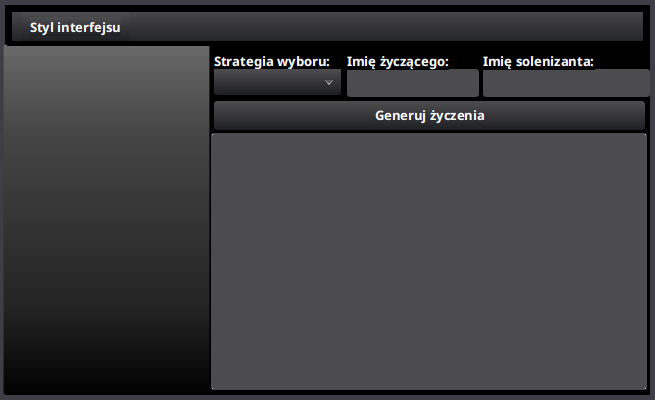
Repository: gruszkamateusz/mgruszka249448_JAVA
Program's window: java lab13/LB13/LB13/src/application/Main.java
The author's editor kept a copy of each file at every save. The program's window is drawn from the files as they stood at one save, then again after the next save.
It runs on Java 21 on a 1366 x 768 screen with JavaFX 11; the title bar is not drawn.

Above is the program's window before, as saved 2021-06-22 08:24:21.

After the next save:
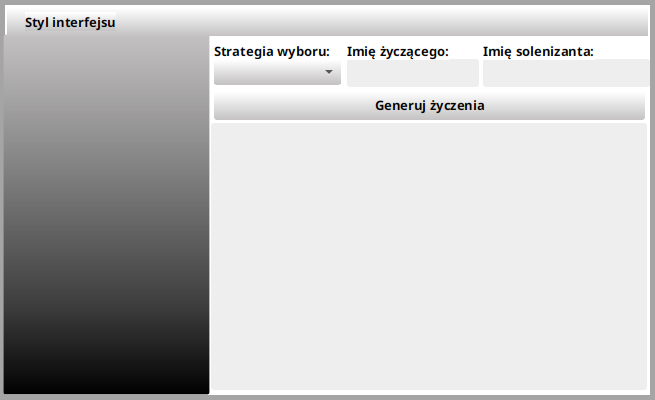
Saved 14 s later.
--- a/lab13/LB13/LB13/src/application/Main.java
+++ b/lab13/LB13/LB13/src/application/Main.java
@@ -12,7 +12,7 @@
 		try {
 			Pane root = (Pane) FXMLLoader.load(getClass().getResource("window.fxml"));
 			Scene scene = new Scene(root);
-			scene.getStylesheets().add(Main.class.getResource("application_dark.css").toString());
+			scene.getStylesheets().add(Main.class.getResource("application.css").toString());
 			primaryStage.setScene(scene);
 			primaryStage.show();
 		} catch (Exception e) {

After the save that followed:
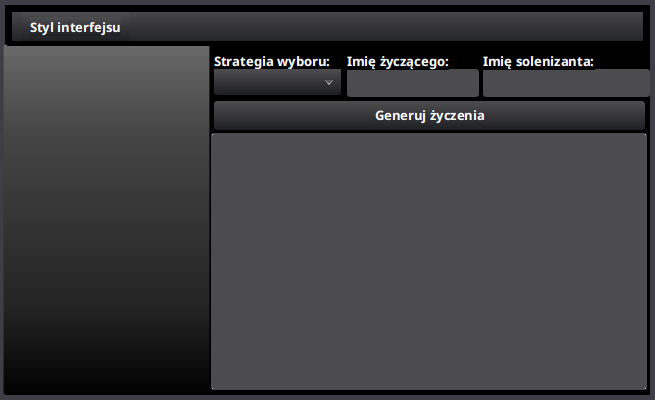
Saved 7 s later.
--- a/lab13/LB13/LB13/src/application/Main.java
+++ b/lab13/LB13/LB13/src/application/Main.java
@@ -12,7 +12,7 @@
 		try {
 			Pane root = (Pane) FXMLLoader.load(getClass().getResource("window.fxml"));
 			Scene scene = new Scene(root);
-			scene.getStylesheets().add(Main.class.getResource("application.css").toString());
+			scene.getStylesheets().add(Main.class.getResource("application_dark.css").toString());
 			primaryStage.setScene(scene);
 			primaryStage.show();
 		} catch (Exception e) {
